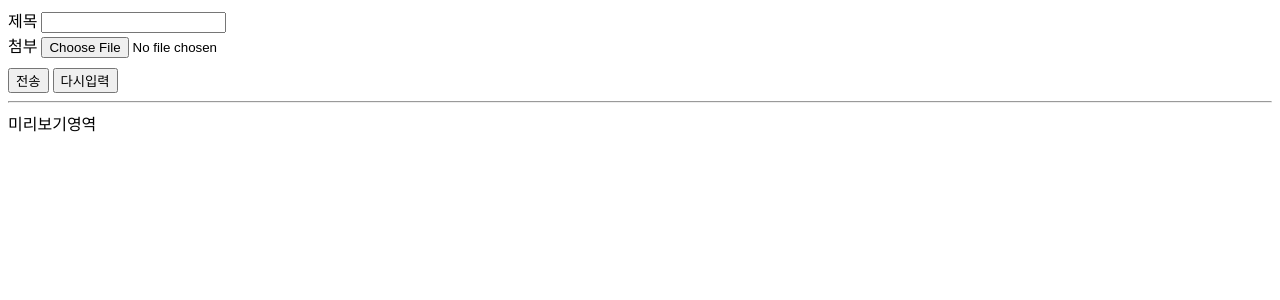
Repository: ted4010/jspstudy
Page: 001_servlet/src/main/webapp/pkg06_upload/NewFile.html
These files come from the project's save history. The page is drawn as it stood at one moment and after the next save; the edit follows.
The browser window is 1280 px wide. The pictures show the whole page.

Above is the page before, as saved 2024-02-29 00:29:12.

### 001_servlet/src/main/webapp/pkg06_upload/NewFile.html
<!DOCTYPE html>
<html>
<head>
<meta charset="UTF-8">
<title>Insert title here</title>
</head>
<script src="https://code.jquery.com/jquery-3.7.1.min.js" integrity="sha256-/JqT3SQfawRcv/BIHPThkBvs0OEvtFFmqPF/lYI/Cxo=" crossorigin="anonymous"></script>
<style>
  .btn-wrap {
    margin-top: 10px;
  }
</style>
<body>

  <form id="frm"
        method="POST"
        enctype="multipart/form-data">

    <div class="inp-wrap">
      <label for="title">제목</label>
      <input type="text" name="title" id="title">
    </div>
     <div class="inp-wrap">
      <label for="file">첨부</label>
      <input type="file" name="file" id="file">
    </div>
    <div class="btn-wrap">
      <button type="submit">전송</button>
      <button type="reset">다시입력</button>
    </div>
  </form>

  <hr>

  <div id="preview">미리보기영역</div>

  <script>

  	function isOversize(file) {
  		const limit = 1024 * 1024 * 5;
  		return file.size > limit;
  	}

		function isImage(file) {
			const contentType = file.type;
			return contentType.startsWith('image');
  	}

		function preview(file) {
			const fileReader = new FileReader();
			fileReader.readAsDataURL(file);
			fileReader.addEventListener('load', (evt)=>{

		})
	}

		function checkFile(inp) {
			if(isOversize(inp.files[0])) {
				alert('첨부 파일의 초대 크기는 5MB입니다.');
				inp.value = '';
				return;
			}
			if(!isImage(inp.files[0])) {
				alert('이미지 파일만 첨부할 수 있습니다.');
				inp.value = '';
				return;
			}
			preview(inp.files[0]);
		}



		document.getElementById('file').addEventListener('change', (evt)=>{
			checkFile(evt.target);
		})

  </script>
</body>
</html>

After the next save:
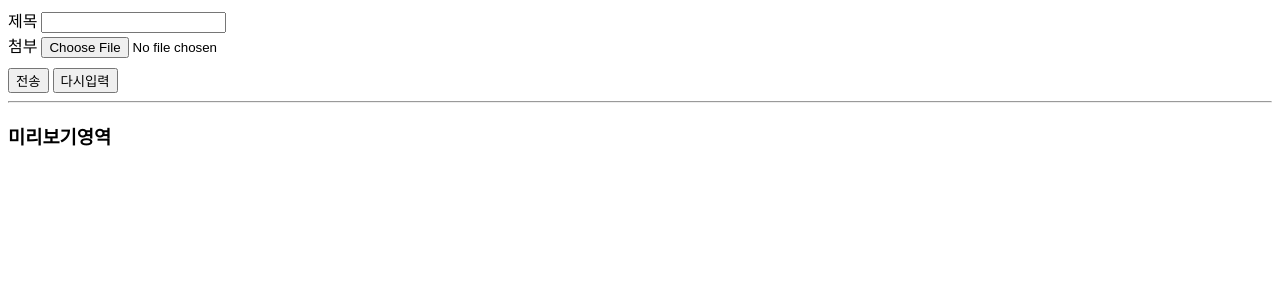
Saved 5 min 27 s later.
--- a/001_servlet/src/main/webapp/pkg06_upload/NewFile.html
+++ b/001_servlet/src/main/webapp/pkg06_upload/NewFile.html
@@ -32,7 +32,9 @@
 
   <hr>
 
-  <div id="preview">미리보기영역</div>
+  <div id="preview">
+    <h3>미리보기영역</h3>
+  </div>
 
   <script>
 
@@ -50,7 +52,8 @@
 			const fileReader = new FileReader();
 			fileReader.readAsDataURL(file);
 			fileReader.addEventListener('load', (evt)=>{
-
+				// console.log(evt.target);
+				document.getElementById('preview').innerHTML += `<div><img src="${evt.target.resul}" width=50px>`;
 		})
 	}
 
